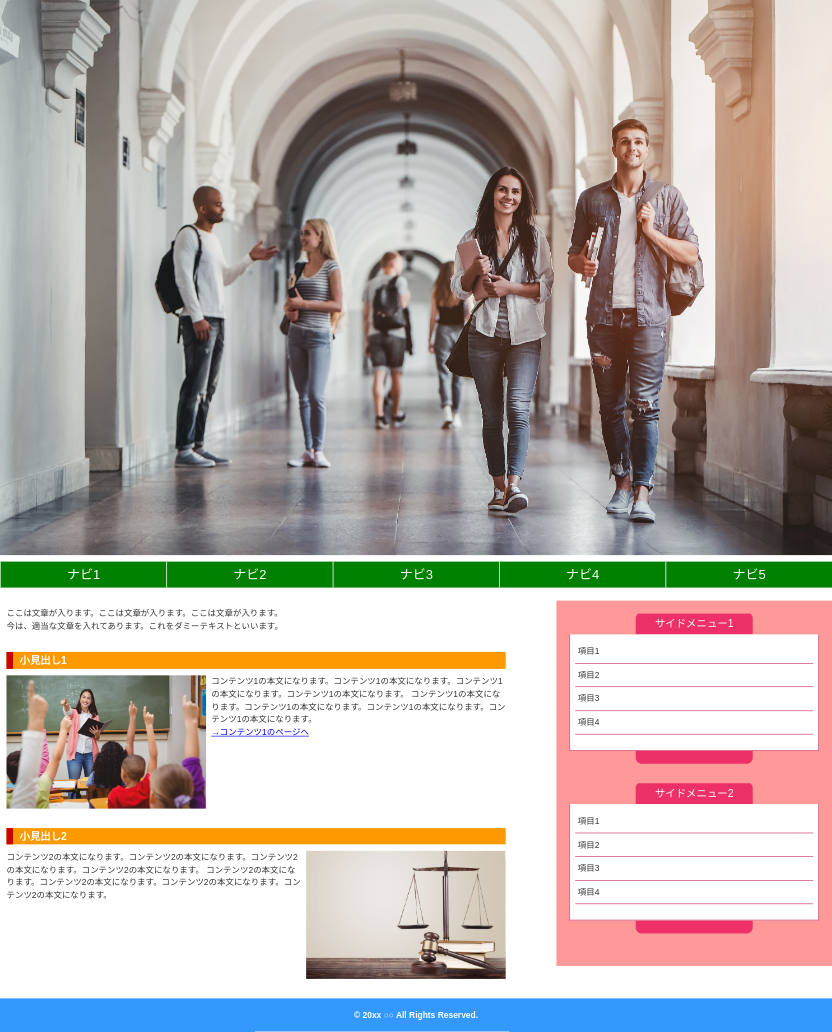
Repository: slowmoter1/samurai_HTML-CSS
Page: Study1/home.html
The author's editor kept a record of every edit. The page is drawn from the files as they stood at one moment, then again after the next edit.
The browser window is 1280 px wide. The pictures show the whole page, at 65% of full size.

Above is the page before.

After the next edit:
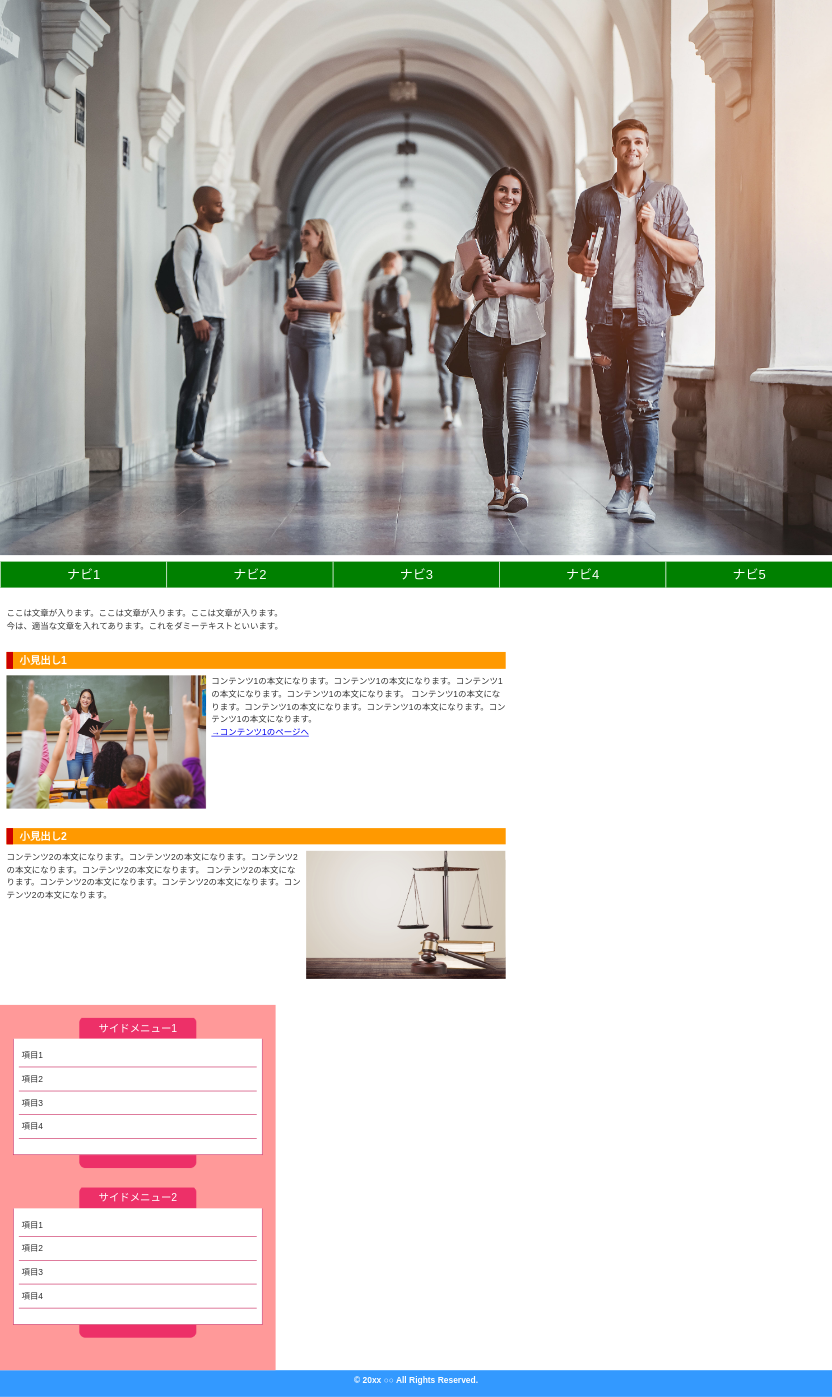
The edit:
--- a/Study1/stylesheet.css
+++ b/Study1/stylesheet.css
@@ -85,6 +85,8 @@
  	margin: auto;
  	padding-top: 20px;
  	clear: both;
+ 	display: grid;
+ 	grid-template-column: 70vw 30vw
  }
 
  /* -------------------- main -------------------- */
